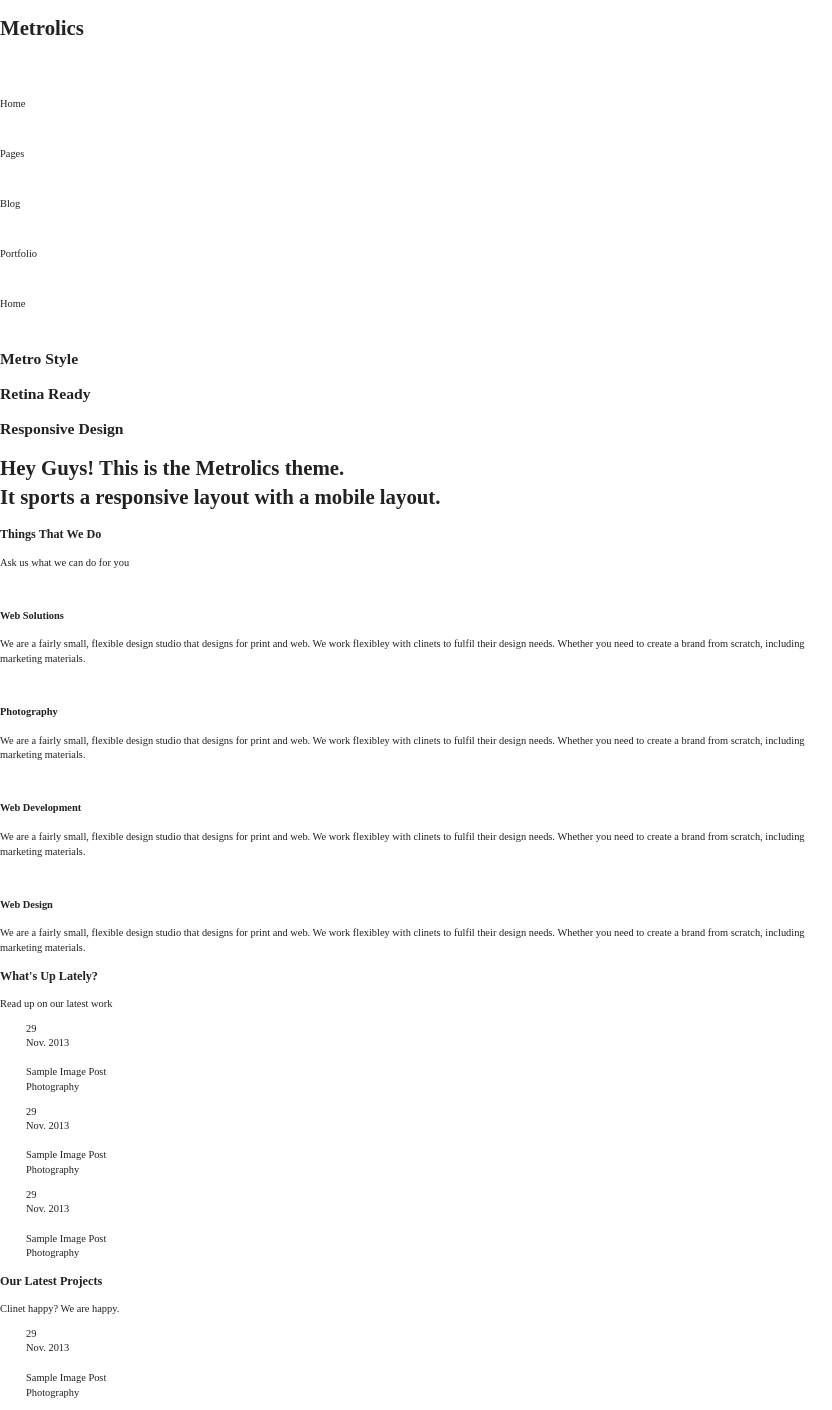
Repository: claudiashin/metrolics
Page: index.html
The author's editor kept a copy of each file at every save. The page is drawn from the files as they stood at one save, then again after the next save.
The browser window is 1280 px wide. The pictures show the whole page, at 65% of full size.

Above is the page before, as saved 2021-01-27 15:56:42.

After the next save:
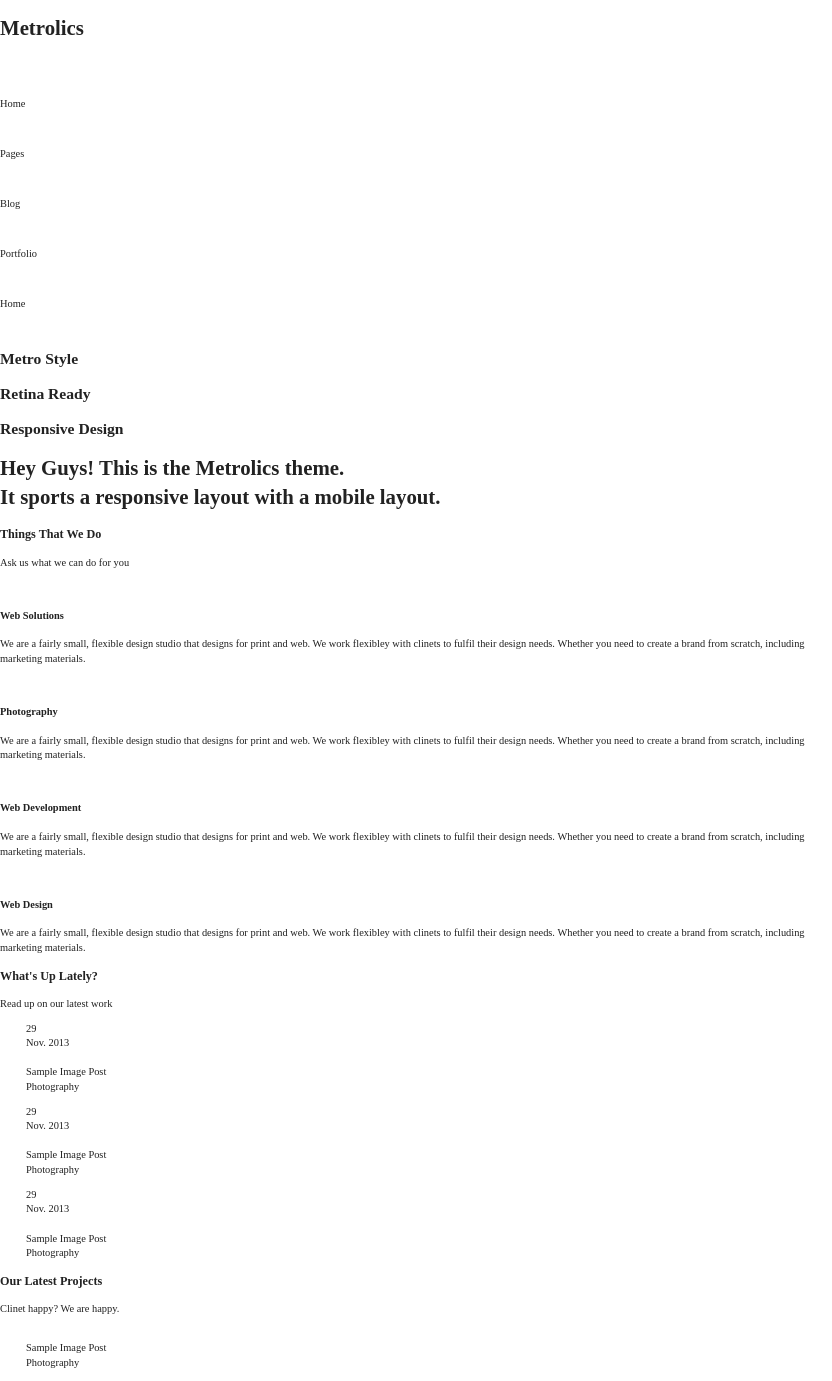
Saved 12 s later.
--- a/index.html
+++ b/index.html
@@ -150,7 +150,6 @@
     </div>
     <div class="container">
       <figure>
-        <figcaption>29 <br> Nov. 2013</figcaption>
         <img src="" value="">
         <figcaption>Sample Image Post <br> Photography</figcaption>
       </figure>
